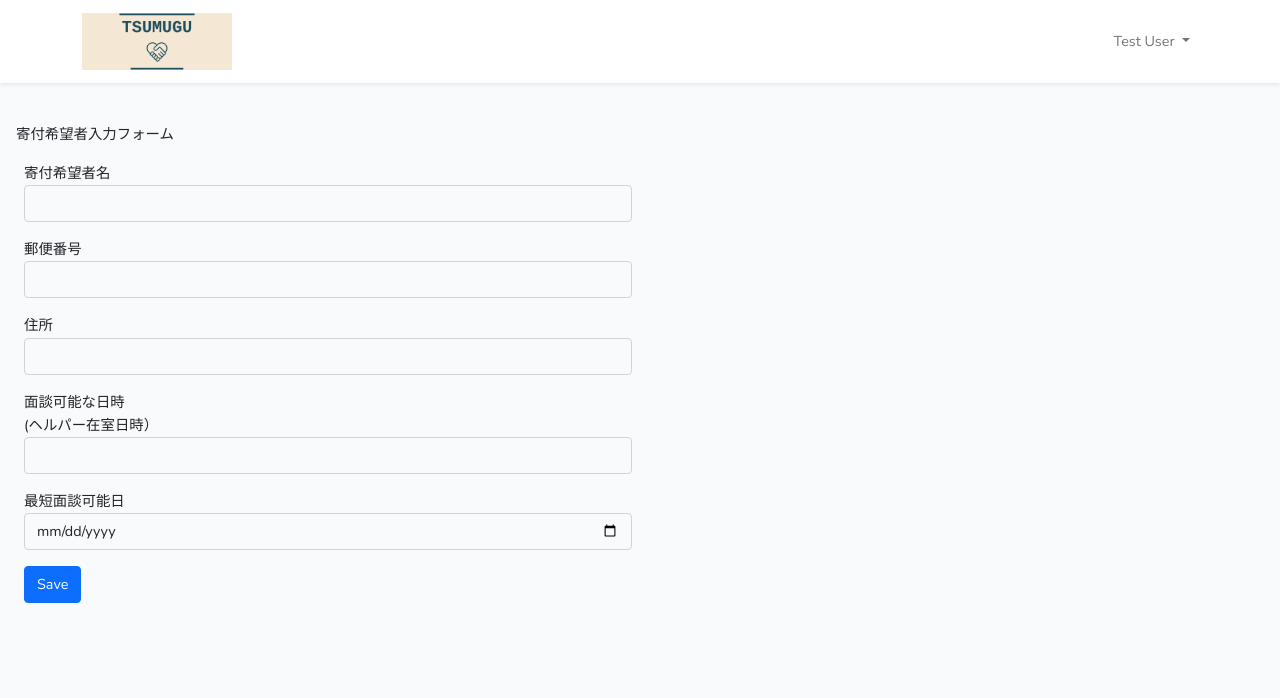
Repository: zukka1804/2-20220424
Page: http://localhost/
The author's editor kept a record of every edit. The page is drawn from the files as they stood at one moment, then again after the next edit.
The browser window is 1280 px wide. The pictures show the whole page.
The page is served by the project's Laravel application, run on PHP 8.4 with Laravel 9. A made-up administrator, Test User (test@example.com), is signed in. Queries for data that is not in the repository find no rows.

Above is the page before.

After the next edit:
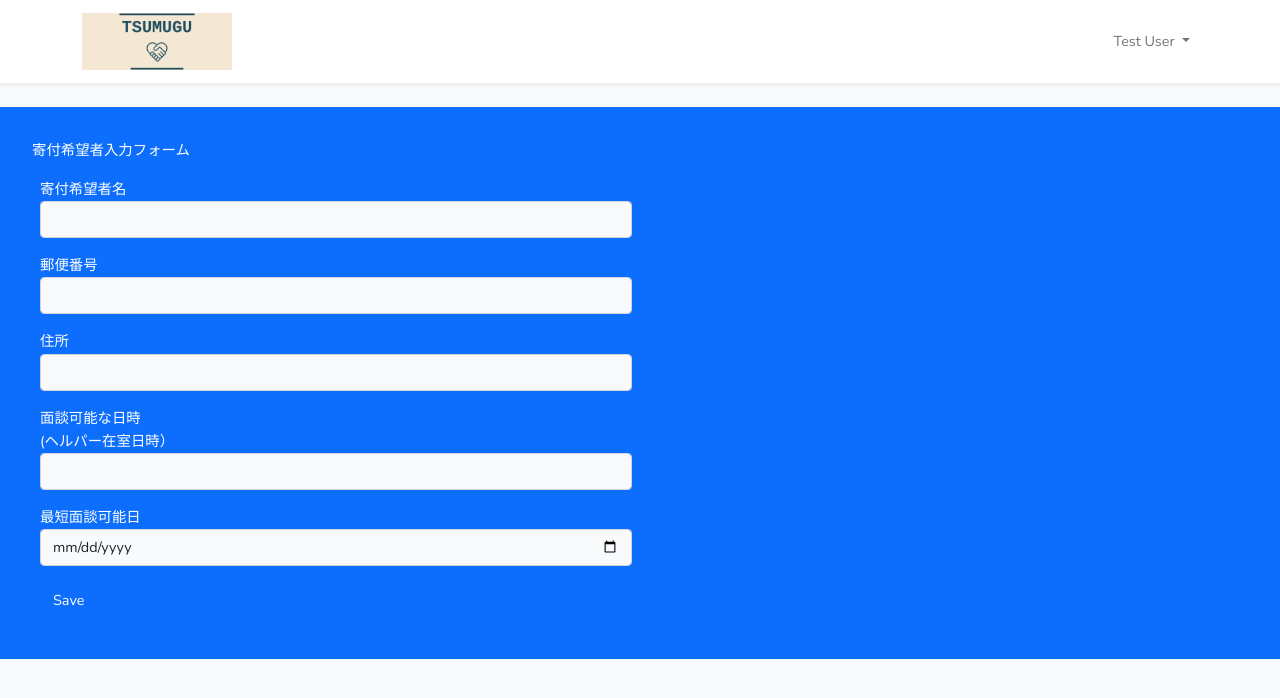
The edit:
--- a/cms/resources/views/books.blade.php
+++ b/cms/resources/views/books.blade.php
@@ -1,6 +1,7 @@
 @extends('layouts.app')
 @section('content')
     <!-- Bootstrapの定形コード… -->
+    <div class="p-3 mb-2 bg-primary text-white">
     <div class="card-body">
         <div class="card-title">
             寄付希望者入力フォーム
